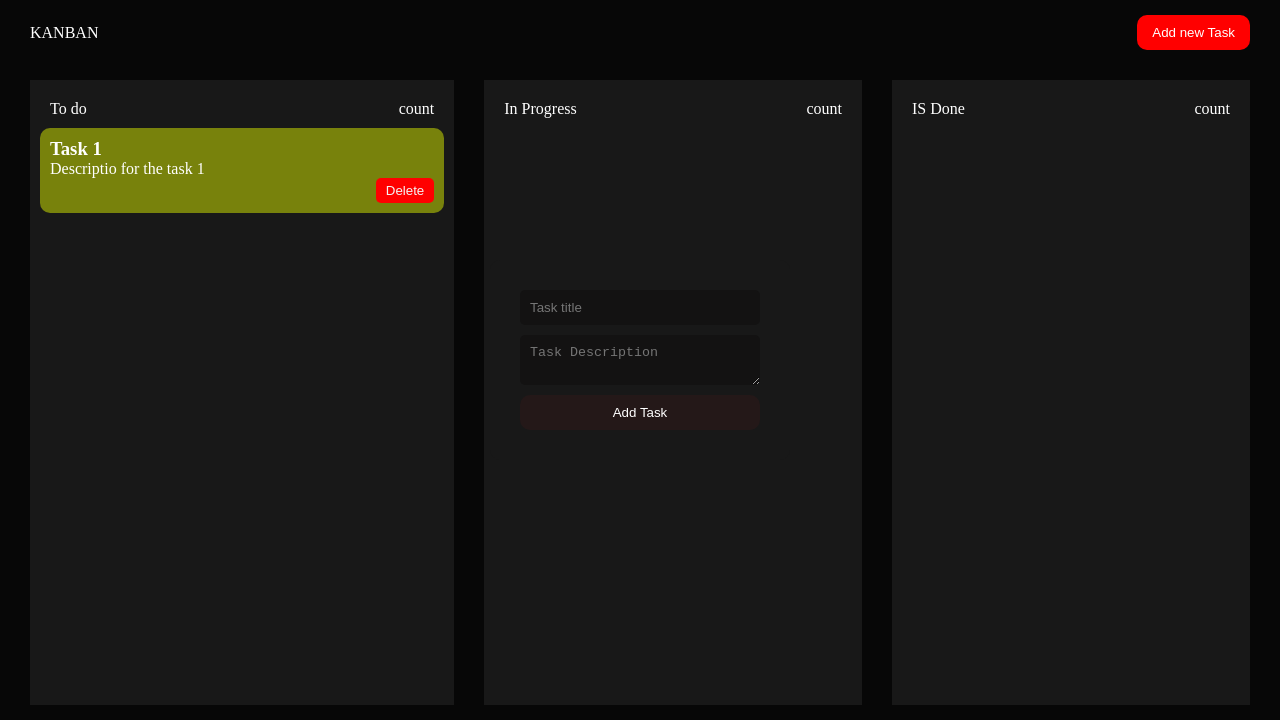
Repository: Sandeepji-5/Kanban-board
Page: index.html
These files come from the project's save history. The page is drawn as it stood at one moment and after the next save; the edit follows.
The browser window is 1280 px wide. The pictures show the whole page.

Above is the page before, as saved 2025-12-09 15:21:46.

After the next save:
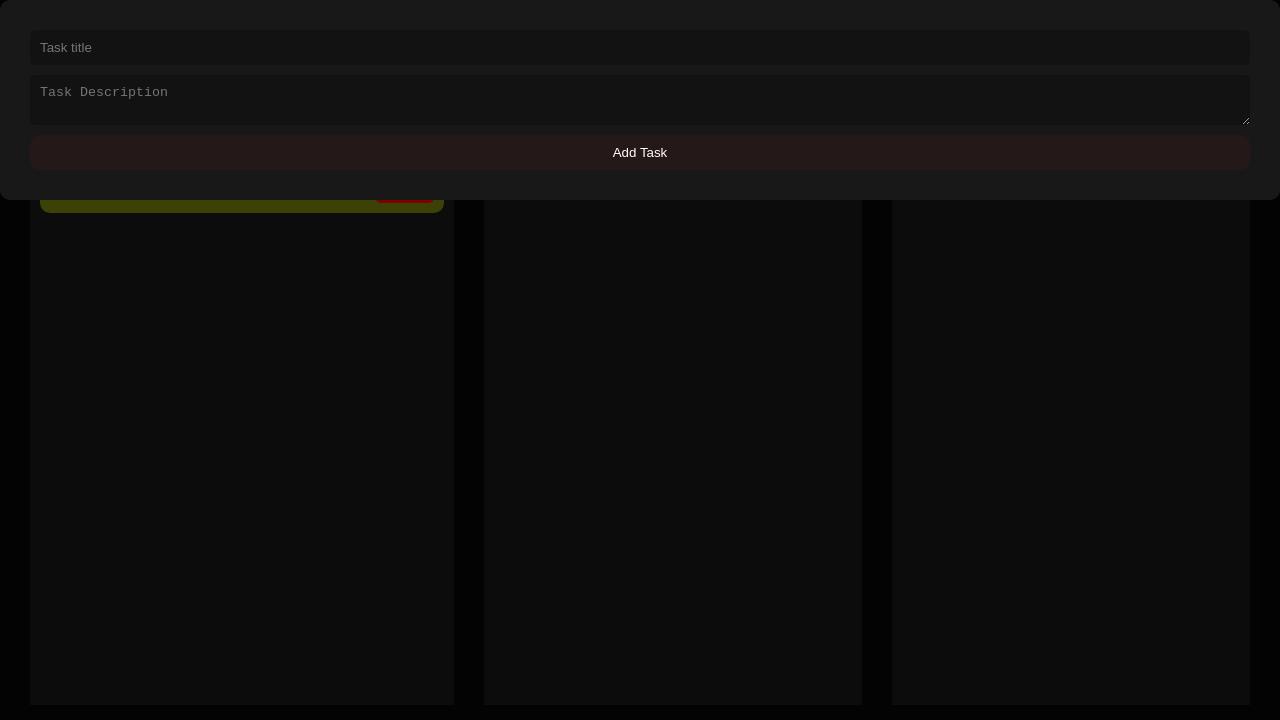
Saved 11 s later.
--- a/style.css
+++ b/style.css
@@ -152,7 +152,12 @@ section .task-column .task button{
 
 }
 .modal .bg{
-    position: a;
+    position: absolute;
+    top: 0;
+    left: 0;
+    height: 100%;
+    width: 100%;
+    background-color: rgba(0,0,0,0.5);
 }
 
 .modal .center{
